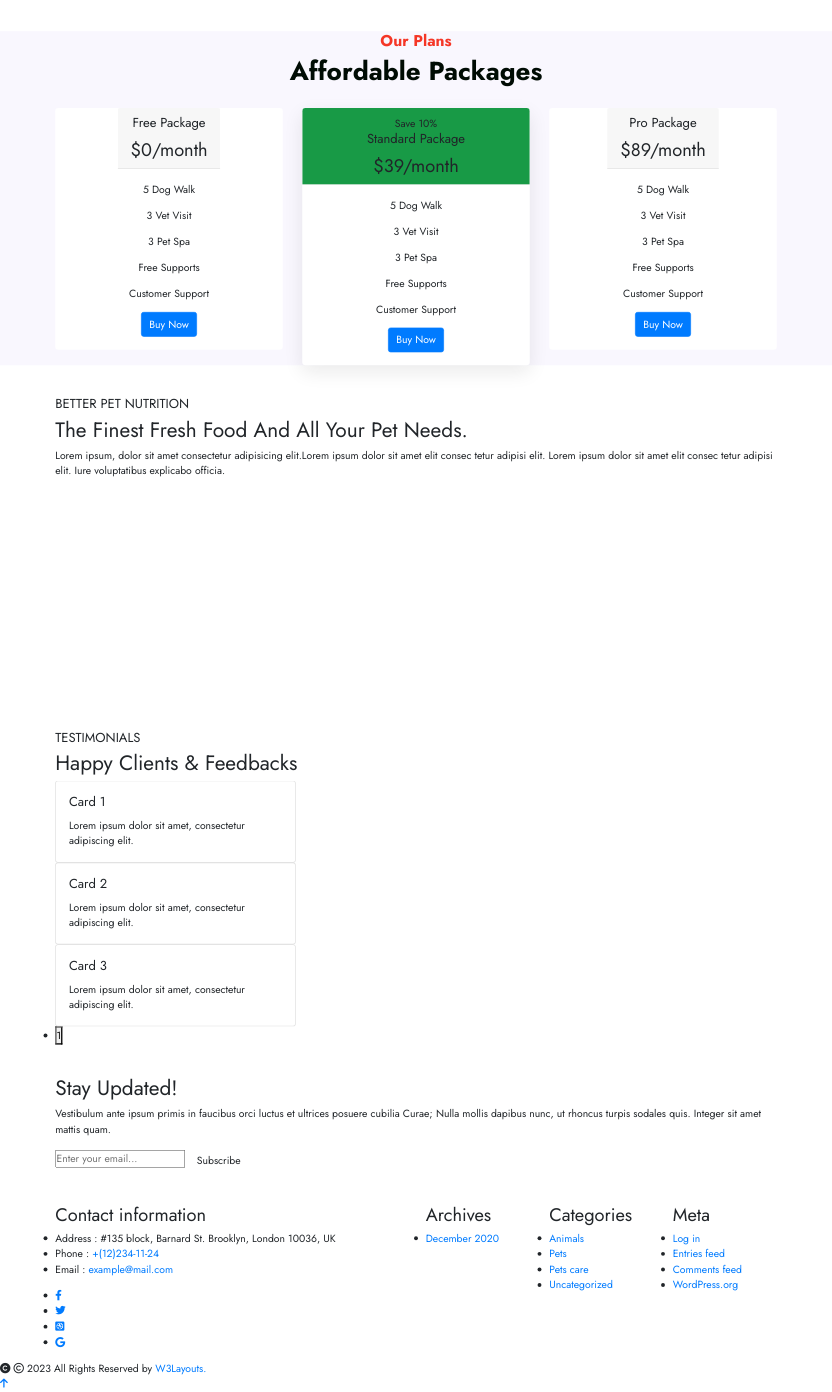
Repository: thanhfrankie/poochcare
Page: index.html
The author's editor kept a copy of each file at every save. The page is drawn from the files as they stood at one save, then again after a run of saves.
The browser window is 1280 px wide. The pictures show the whole page, at 65% of full size.
Pictures or frames that could not be fetched are drawn as grey boxes.

Above is the page before, as saved 2023-12-20 21:59:23.

After the next 5 saves:
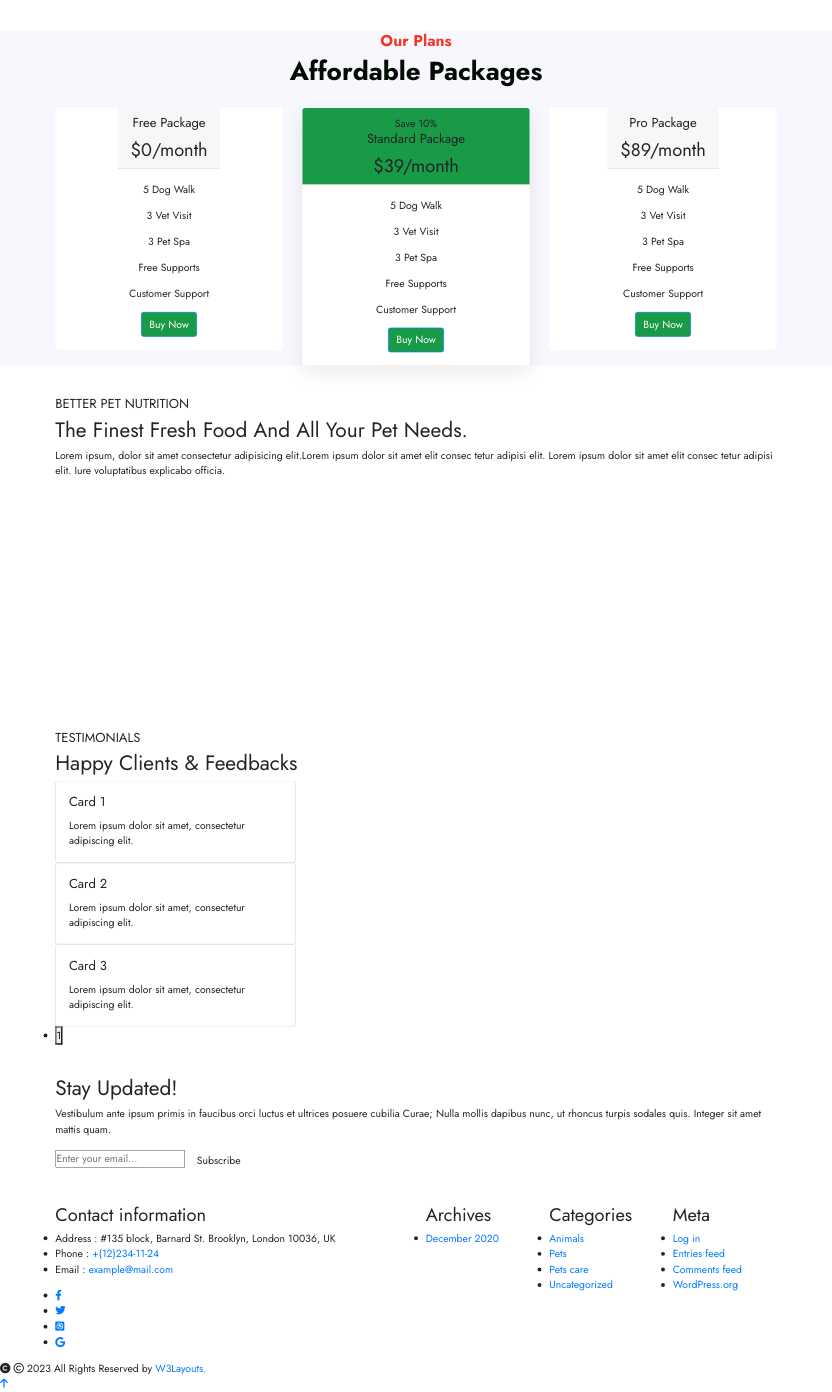
The 5 saves are shown as one change because they came seconds apart.
The last was saved 35 s later.
--- a/css/pricing.css
+++ b/css/pricing.css
@@ -46,3 +46,6 @@
   border-top-left-radius: 5px;
   line-height: 1.5;
 }
+.btn-buy {
+    background-color: #189a46;
+}
